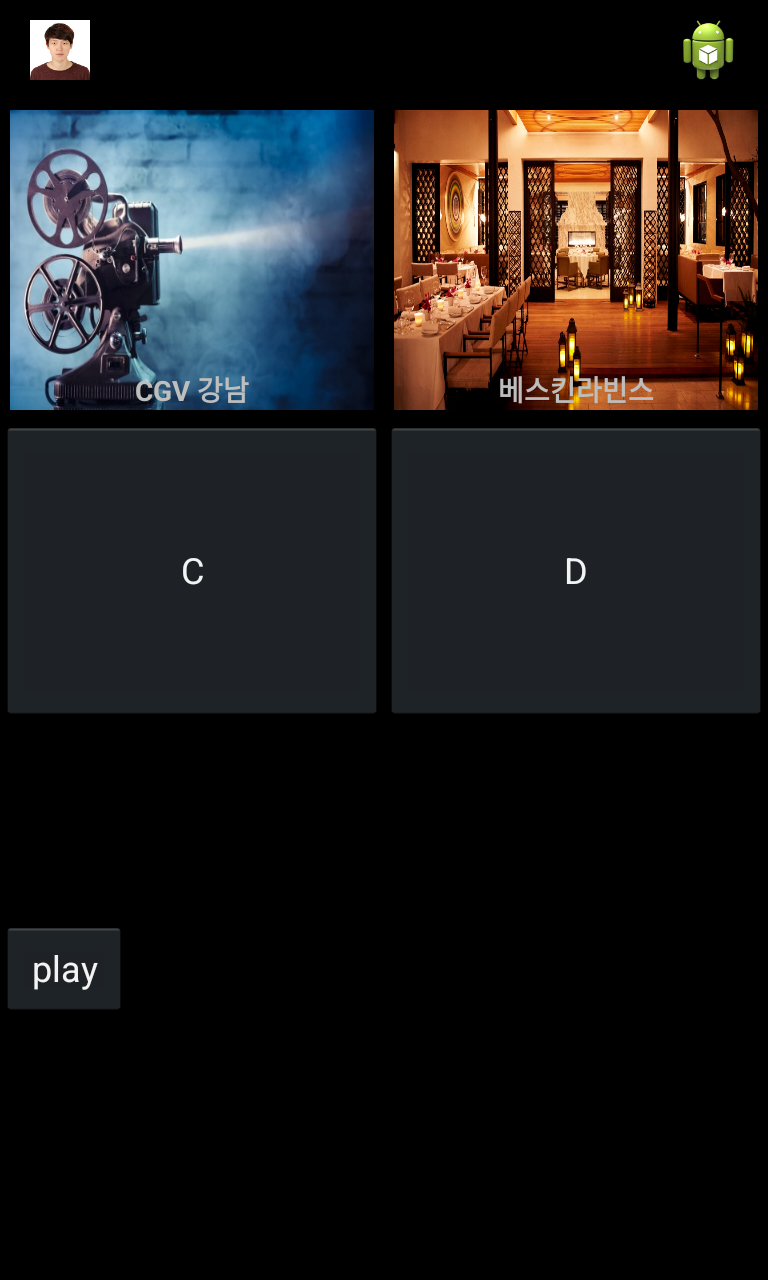
Repository: Minsu-Daniel-Kim/tipinboard1.0
Layout: TipinBoard1.0/res/layout/activity_main.xml
The author's editor kept a copy of each file at every save. The layout is drawn from the files as they stood at one save, then again after the next save.
It is drawn on a 768 x 1280 px phone screen (xhdpi) without system bars, with theme android:Theme.Holo; the app's code is not run.

Above is the layout before, as saved 2013-04-15 14:13:25.

After the next save:
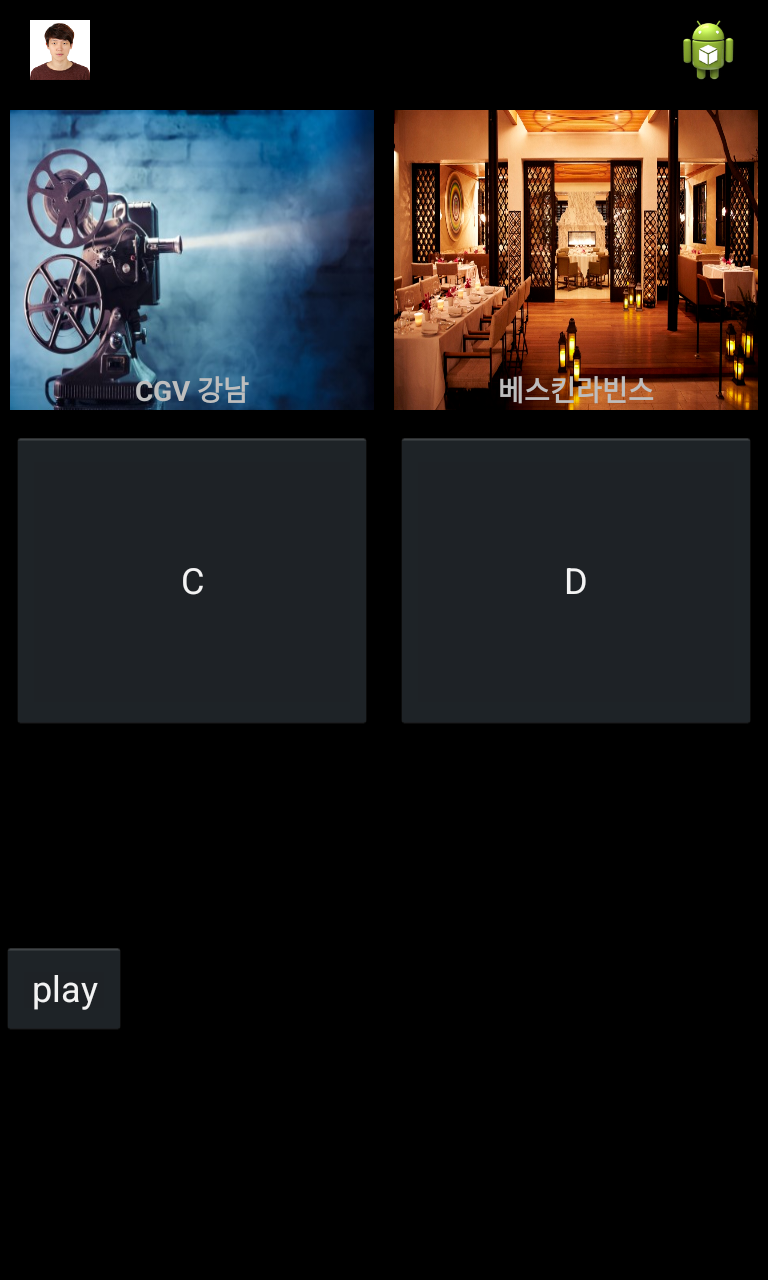
Saved 6 s later.
--- a/TipinBoard1.0/res/layout/activity_main.xml
+++ b/TipinBoard1.0/res/layout/activity_main.xml
@@ -99,6 +99,7 @@
 
         <Button
             android:id="@+id/button1"
+              android:layout_margin="5dp"
             android:layout_width="0dp"
             android:layout_height="150dp"
             android:layout_weight="1"
@@ -106,6 +107,7 @@
 
         <Button
             android:id="@+id/button1"
+              android:layout_margin="5dp"
             android:layout_width="0dp"
             android:layout_height="150dp"
             android:layout_weight="1"
